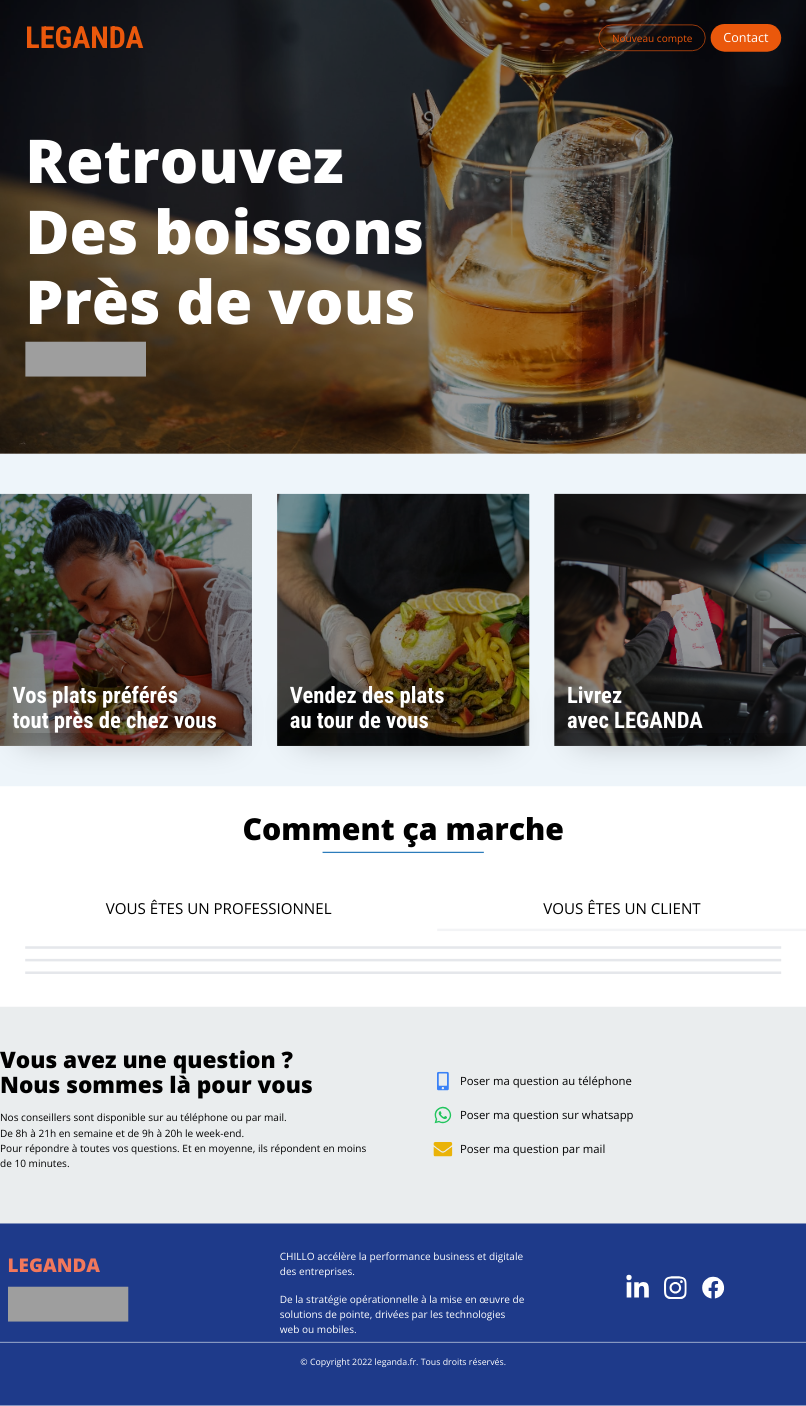
Repository: chillo-tech/website-leganda
Page: /
These files come from the project's save history. The page is drawn as it stood at one moment and after the next save; the edit follows.
The browser window is 1280 px wide. The pictures show the whole page, at 63% of full size.
Pictures or frames that could not be fetched are drawn as grey boxes. The project was rebuilt for these pictures with package versions that can differ from the ones it lists, and the page was loaded fresh each time. Some packages were replaced by stand-ins written for this rebuild. The framework's server and built-in components were replaced by stand-ins that run in the browser. Also part of the build but not shown: next.config.js, components/header/items/SearchBar.tsx.

Above is the page before, as saved 2023-02-09 15:05:50.

### pages/_document.tsx
import { Html, Head, Main, NextScript } from 'next/document'
import Footer from '../components/footer/Footer';

export default function Document() {
	return (
		<Html className="scroll-smooth">
			<Head>
        <link rel="preconnect" href="https://fonts.googleapis.com"/>
        <link rel="preconnect" href="https://fonts.gstatic.com"/>
        <link href="https://fonts.googleapis.com/css2?family=Open+Sans:ital,wght@0,300;0,800;1,800&family=Roboto&family=Roboto+Condensed:wght@700&display=swap" rel="stylesheet"/>
        <link rel="icon" href="/favicon.ico" />
			</Head>
			<body className='flex flex-col h-screen justify-between'>
				<Main />
				<NextScript />
				<Footer />
        <script defer type="text/javascript" src="https://maps.googleapis.com/maps/api/js?key=AIzaSyBoBBvzxlRlkbfYzZcHp8ALOwBk3YjfB-I&libraries=places" />
			</body>
		</Html>
	)
}

### styles/globals.css
@tailwind base;
@tailwind components;
@tailwind utilities;
body {
  font-family: 'Open Sans', 'Roboto', sans-serif;
}
.title {
  font-family: 'Roboto Condensed', sans-serif;
}
@layer base {
  [type="text"],
  [type="email"],
  [type="url"],
  [type="password"],
  [type="number"],
  [type="date"],
  [type="datetime-local"],
  [type="month"],
  [type="search"],
  [type="tel"],
  [type="time"],
  [type="week"],
  [multiple],
  textarea,
  select {
    @apply w-full border-gray-300 rounded-lg shadow-sm focus:border-blue-500 focus:ring-blue-500;
  }
  [type="checkbox"],
  [type="radio"] {
    @apply border-gray-300 rounded text-blue-600 focus:ring-blue-500;
  }
}

.bg-site-blue {
    background-color: #86aec0;
    color: #000000;
}

.bg-site-orange {
    background-color: #f6ac9f;
}

.color-site-blue {
   color: #86aec0;
}

.color-site-orange {
    color: #f2785c;
}

.home-page-article {
  min-height: 400px;
}

### context/search-context-provider.tsx
import { SearchParams } from '../types';
import { Context,createContext, useMemo, useReducer, useCallback } from 'react'
import SearchReducer from './SearchReducer';
import { Param } from '../types/Param';
import { INITIAL_STATE, UPDATE_SEARCH_CRITERIA } from '../utils';
import { SearchContextData } from '../types/SerchContextData';
type Props = {
  children: JSX.Element,
};
export const SearchContext = createContext<SearchContextData>({state: INITIAL_STATE});
function SearchContextProvider({children}: Props) {
  const [state, dispatch] = useReducer(SearchReducer, INITIAL_STATE);

  const update = useCallback(
    (data: Param) =>
      dispatch({
        type: UPDATE_SEARCH_CRITERIA,
        data
      }),
    [],
  );
  const value = useMemo(
    () => ({state, update }),
    [state,update],
  );
  return (
    <SearchContext.Provider value={value}>
      {children}
    </SearchContext.Provider>
  )
}

export default SearchContextProvider;

### components/footer/Footer.tsx

import React from 'react';
import { FaFacebook, FaInstagram, FaLinkedinIn } from 'react-icons/fa';
import Link from 'next/link'
import { cn, STORES } from '../../utils';
import Image from 'next/image';
function Footer() {
	return (
			<footer className="bg bg-blue-900 text-white pb-10 pt-10 font-extralight flex flex-col" id="a-propos-de-nous">
				<div className="container mx-auto px-3">
					<div className="grid grid-cols-1 gap-10 md:grid-cols-3 md:p-0 items-center">
						<div className="presentation">
              <Link href='/' className='mb-5 color-site-orange uppercase font-extrabold text-3xl'>LEGANDA
              </Link>
              <p className="flex py-4 items-center justify-center md:justify-start">
                {STORES.filter((item: any) => item.active).map((item: any, index: number) => (
                    <Link
                        href="#"
                        target="_blank"
                        key={`liens-${index}`}
                        className="block items-center py-2 w-48 h-14 relative">
                      <Image
                          fill={true}
                          src={`/images/${item.image}`}
                          alt={item?.label}
                      />
                    </Link>
                ))}
              </p>
						</div>
						<div className="presentation">
							<p className='mb-5'>CHILLO accélère la performance business et digitale des entreprises. </p>
							<p>De la stratégie opérationnelle
								à la mise en œuvre de solutions de pointe, drivées par les technologies web ou mobiles.</p>
						</div>
						<div className="presentation flex flex-col items-center justify-center">
							<div className='px-10 flex items-center justify-between text-center'>
								<FaLinkedinIn color='text-slate-300' className='px-3 text-6xl'/>
								<FaInstagram className='px-3 text-6xl'/>
								<FaFacebook className='px-3 text-6xl'/>
							</div>
							<div className='py-2'>

							</div>
						</div>
					</div>
				</div>
				<div className="copyright border-top-1 mt-2 font-light">
					<div className="container py-5 text-sm mx-auto text-center border-solid border-t border-slate-200">
						&copy; Copyright {(new Date()).getFullYear()} leganda.fr. Tous droits réservés.
					</div>
				</div>
			</footer>

	);
}

export default Footer;

### components/questions/Questions.tsx
import Link from 'next/link'
import React from 'react'
import { FaEnvelope, FaMobileAlt, FaWhatsapp } from 'react-icons/fa'

function Questions() {
  return (
    <section className='py-16 bg-app-light-green'>
        <div className="container grid md:grid-cols-2 md:gap-24 items-center px-3 md:px-0">
          <article>
            <h2 className='md:text-4xl text-3xl font-semibold text-black'>
              <p className='p-0 m-0'>Vous avez une question ?</p>
              <p className='p-0 m-0'>Nous sommes là pour vous</p>
            </h2>
            <div className='py-5'>
              <p className='p-0 m-0'>Nos conseillers sont disponible sur au téléphone ou par mail.</p>
              <p className='p-0 m-0'>De 8h à 21h en semaine et de 9h à 20h le week-end.</p>
              <p className='p-0 m-0'>Pour répondre à toutes vos questions. Et en moyenne, ils répondent en moins de 10 minutes.</p>
            </div>
          </article>
          <article>
              <Link href="tel:0033761705745" className='py-3 text-lg flex'>
                  <FaMobileAlt className='text-3xl text-blue-500 mr-3' /> Poser ma question au téléphone
              </Link>
              <Link href="whatsapp:0033761705745" className='py-3 text-lg flex'>
                  <FaWhatsapp className='text-3xl text-green-500 mr-3' /> Poser ma question sur whatsapp
              </Link>
              <Link href="mailto:armelle.leganda@gmail.com" className='py-3 text-lg flex'>
                  <FaEnvelope className='text-3xl text-yellow-500 mr-3' /> Poser ma question par mail
              </Link>
          </article>
        </div>
    </section>
  )
}

export default Questions

### components/header/Header.tsx
import { faPhone, faUser } from '@fortawesome/free-solid-svg-icons'
import { FontAwesomeIcon } from '@fortawesome/react-fontawesome'
import Link from 'next/link'
import React from 'react'
import SearchBar from './items/SearchBar'

function Header({withSearchBar = true}: {withSearchBar?: boolean}) {
  return (
    <header className="container py-4">
       <nav className='flex justify-between items-center'>
        <Link href="/" className='text-orange-600 uppercase title text-5xl'>LEGANDA
        </Link>
        {withSearchBar ? <SearchBar /> : null }
        <ul className='md:flex justify-between items-center hidden'>
          <li>
            <Link href="/" className='border border-orange-600 rounded-3xl px-5 py-2 text-orange-600 flex justify-between items-center'>
                <FontAwesomeIcon icon={faUser} className="hidden border-none text-xs mr-2" size='xs' />
                Nouveau compte
            </Link>
          </li>
          <li  className='ml-2'>
          <Link href="/" className='bg-orange-600 rounded-3xl text-xl px-5 font-medium py-2 flex text-white'>
              <FontAwesomeIcon icon={faPhone} className="hidden border-none mr-2"/>
              Contact
          </Link>
          </li>
        </ul>
      </nav>
    </header>
  )
}

export default Header

### utils/index.ts
export * from './clear-string';
export * from './DateFormat';
export * from './isValidPhoneNumber';
export * from './isValidEmail';
export * from './Endpoints';
export * from './Data';
export * from './request-options';

### components/tabs/index.tsx
import classNames from 'classnames';
import React, { useState } from 'react'
import SectionTitle from '../shared/SectionTitle';

function Tabs({items}: any) {
  const [activeTab, setActiveTab] = useState("tab-0");
  const handleClick = ({target: {id}}: any) => {
    setActiveTab(id);
  }
  return (
    <section className='container px-3 md:px-0 py-10'>
      <SectionTitle text='Comment ça marche' />
      <ul className='flex justtify-center items-center'>
        {items.map((item: any, index: number) => (
          <li key={`tab-${index}`} className={
              classNames(
                'grow border-b-4 py-2',
                { 'bg-white border-white': activeTab === `tab-${index}` },
                { 'bg-white border-gray-100 bg-gray-100': activeTab !== `tab-${index}` }
                )
              }>
            <button id={`tab-${index}`} type='button' className='uppercase w-full py-2 text-lg md:text-2xl' onClick={handleClick}>{item.label}</button>
          </li>
        ))}
      </ul>
      {items.map((item: any, index: number) => (
          <section key={`tab-${index}`} className={
              classNames(
                'grow border-b-4 py-2 px-10',
                { 'bg-white border-white block': activeTab === `tab-${index}` },
                { 'hidden': activeTab !== `tab-${index}` }
                )
              }>
             {item.infos.map((info: any, index: number) => (
              <article key={`info-${index}`} className={classNames('grow border-b-4 py-2')}>
                <h3>{info.label}</h3>
              </article>
            ))}
          </section>
        ))}
    </section>
  )
}

export default Tabs

### utils/how-it-works.ts
const HOW_IT_WORKS: any = [
  {
    "label": "Vous êtes un professionnel",
    "infos": [
      {
        "title": "Publiez votre annonce",
        "description": "Présentez simplement votre produit. C'est plus pratique pour tout le monde !"
      },
      {
        "title": "Les utilisateurs vous contactent",
        "description": "Lorsqu'un utilisateur consulte votre annonce, il vous contacte directement"
      },
      {
        "title": "Entendez vous sur la logistique",
        "description": "Lorsqu'un utilisateur vous contacte, convenez du moyen le plus simple pour recevoir le service et payer"
      }
    ]
  },
  {
    "label": "Vous êtes un client",
    "infos": [
      {
        "title": "Recherchez un produit",
        "description": "Pour trouver un produit, il vous suffit de le rechercher dans les annonces publiées!"
      },
      {
        "title": "Contactez directement le professionnel",
        "description": "Quand vous avez trouvé le produit qui vous convient, contactez directement le professionnel"
      },
      {
        "title": "Entendez vous sur la logistique",
        "description": "Lorsque vous contactez un professionnel, convenez du moyen le plus simple pour recevoir le service et payer"
      }
    ]
  }
]

export {HOW_IT_WORKS}

### context/SearchReducer.ts
import { UPDATE_SEARCH_CRITERIA } from './../utils/Data';
import { Action } from './../types/Action';
import { SearchParams } from "../types";

function SearchReducer (state: SearchParams, action: Action){
  switch(action.type){
    case UPDATE_SEARCH_CRITERIA: {
        return {
          ...state,
          [action.data.key]: action.data.value
        }
    }
  }
  return state;
}

export default SearchReducer;

### utils/clear-string.ts
export const cleanString = (entry: string) => {
	return entry ? entry.replace(/^[\s\uFEFF\xA0]+|[\s\uFEFF\xA0]+$/g, '') : '';
}

### utils/DateFormat.ts
export const getFormattedDate = (entry: Date) => {
	const year = entry.getFullYear();
	const month = `0${entry.getMonth() + 1}`.slice(-2);
	const day = `0${entry.getDate()}`.slice(-2);
	return `${day}/${month}/${year}`;
};

export const getFormattedTime = (entry: Date) => {
	const hours = `0${entry.getHours()}`.slice(-2);
	const minutes = `0${entry.getMinutes()}`.slice(-2);
	return `${hours}:${minutes}`;
};

const getWeekNumber = (entry: Date) => {
	// Copy date so don't modify original
	const date = new Date(Date.UTC(entry.getFullYear(), entry.getMonth(), entry.getDate()));
	// Set to nearest Thursday: current date + 4 - current day number
	// Make Sunday's day number 7
	date.setUTCDate(date.getUTCDate() + 4 - (date.getUTCDay() || 7));
	// Get first day of year
	const yearStart = new Date(Date.UTC(date.getUTCFullYear(), 0, 1));
	// Calculate full weeks to nearest Thursday
	return Math.ceil((((Number(date) - Number(yearStart)) / 86400000) + 1) / 7);
	// Return array of year and week number

}

export const getDayAndMonthLabel = (entry: Date) => {
	const days = ['Dimanche', 'Lundi', 'Mardi', 'Mercredi', 'Jeudi', 'Vendredi', 'Samedi'];
	const months = ["Jan.", "Fev.", "Mars", "Avr.", "MaI", "Juin",
		"Jul.", "Août", "Sep.", "Oct.", "Nov.", "Dec."
	];
	return [days[entry.getDay()], months[entry.getMonth()]];
}

export const getDisplayedDate = (entry: string = "") => {
	if (!entry.trim().length) {
		return entry;
	}
	const adWeekNo = getWeekNumber(new Date(entry));
	const todayWeekNo = getWeekNumber(new Date());
	if ((adWeekNo - todayWeekNo) > 1) {
		const [dayOfDate, month, year] = getFormattedDate(new Date(entry)).split('/');
		const [dayOfWeekLabel, monthLabel] = getDayAndMonthLabel(new Date(entry));
		return `${dayOfWeekLabel}, ${dayOfDate} ${monthLabel}`;
	} else {
		const [dayOfWeekLabel] = getDayAndMonthLabel(new Date(entry));
		return dayOfWeekLabel;
	}
};

### utils/isValidPhoneNumber.ts
export const isValidPhoneNumber = (value: string) => {
	const PHONE_REGEXP = /^0[6|7]\d{8}$/
	return PHONE_REGEXP.test(value);
}

### utils/isValidEmail.ts
export const isValidEmail = (value: string) => {
	const EMAIL_REGEXP = /^\S+@\S+\.\S+$/;
	return value.trim().length ? EMAIL_REGEXP.test(value) : true;
}

### utils/Endpoints.ts
export const LOCAL_DNS = 'http://192.168.111.244:9090';//verifier ipconfig avant d'exécuter
export const PROD_DNS = "https://api.leganda.chillo.fr";
export const IMAGES_URL = `${PROD_DNS}/assets`;
export const BACKOFFICE_URL = `${PROD_DNS}/api/v1`;
export const ADS_ENDPOINT = "ad";
export const FAVORITE_ENDPOINT = "favorite";
export const ACCOUNT_ENDPOINT = "account";
export const ADDRESS_ENDPOINT = "address";
export const CATEGORY_ENDPOINT = "category";
export const GOOGLE_PACES_API_BASE_URL = 'https://maps.googleapis.com/maps/api/place';
export const GOOGLE_PACES_API_KEY = 'AIzaSyBoBBvzxlRlkbfYzZcHp8ALOwBk3YjfB-I';
export const MAP_ZOOM = 10;
export const GOOGLE_PACES_CENTER_COORDINATES = {lat: 48.117266,lng: -1.677793};

### utils/Data.ts
import {EMAIL, PHONE} from "./providers";
export const CATEGORY_BGCOLORS = [ "#BCA1F2", "#BCDDE4", "#CFEACB", "#F4E169"];
export const PLUS_FAVORITES_UPDATED = "Super cette annonce a été ajoutée à vos favoris";
export const REMOVE_FAVORITES_UPDATED = "Cette annonce a été retirée de vos favoris";
export const AUTHENTICATED_USER = "authenticatedUser";
export const MAPBOX_ACCESSTOKEN = "pk.eyJ1IjoiYWNoaWxsZW1ib3VndWVuZyIsImEiOiJja3Zvd3EzcmswaThkMnZrZ25iYmtveDBhIn0.pDR7pKL18d3iz5NoaRmWYg";
export const RESET_AD = "RESET_AD";
export const DELETE_KEY = "DELETE_KEY";
export const SET_NUMBER_OF_CHILDREN = "SET_NUMBER_OF_CHILDREN";
export const SET_ADS = "SET_ADS";
export const SET_CATS = "SET_CATS";
export const SET_CAT = "SET_CAT";
export const SET_AD = "SET_AD";
export const SET_SELECTED_ITEM_ID = "SET_SELECTED_ITEM_ID";
export const SET_STEP_INDEX = "SET_STEP_INDEX";
export const UPDATE_AD = "UPDATE_AD";
export const UPDATE_SEARCH_CRITERIA = "UPDATE_SEARCH_CRITERIA";
export const UPDATE_USER_INFOS = "UPDATE_USER_INFOS";
export const USER_TOKEN = "USER_TOKEN";
export const SIGN_IN = 'SIGN_IN';
export const SIGN_OUT = 'SIGN_OUT';
export const SIGN_UP = 'SIGN_UP';
export const RECOMMEND_TEXT = "Bonjour, j'ai découvert cette application qui a de belles annonces. Je te la recommande";
export const RESTORE_TOKEN = "RESTORE_TOKEN";
export const AD_PLACEHOLDER = ["Taro du dimanche", "20kg à destination de Yaoundé", "Carton de Guinness", "Stage de developpeur"];
export const STORES = [
	{
		image: 'google-app-store-badge.svg',
		active: true,
		path: '#',
		label: 'LEGANDA sur PLAY STORE'
	},
	{
		image: 'apple-app-store-badge.svg',
		active: false,
		path: '#',
		label: 'LEGANDA sur APPLE STORE'
	}
]
export const HEADERS_ITEMS = [
	{
		image: '/images/food.jpeg',
		active: true,
		label: 'Des mets'
	},
	{
		image: '/images/drinks.jpeg',
		active: false,
		label: 'Des boissons'
	},
	{
		image: '/images/spices.jpeg',
		active: false,
		label: 'Des épices'
	},
	{
		image: '/images/service.jpeg',
		active: false,
		label: 'Des services'
	}
]
export const INITIAL_STATE = {
		address: {city: ''}
}

export const HELP_LINK = {
	whatsapp: `whatsapp://send?text=&phone=${PHONE}`,
	sms: `sms:${PHONE}`,
	mail: `mailto:${EMAIL}`,
	phone: `tel:${PHONE}`
}

export const SHARE_LINK = {
	whatsapp: `whatsapp://send?text=`,
	sms: `sms:body=`,
	mail: `mailto:${EMAIL}`,
	phone: `tel:${PHONE}`
}

export const MORESCREEN_DATA = [
	{
		id: 'recommendations',
		title: "Recommandations",
		items: [
			{
				id: '587',
				icon: 'thumbs-up',
				name: 'sms',
				action: 'recommend',
				title: 'Recommandez notre application',
			},
			{
				id: '588',
				icon: 'facebook',
				name: 'facebook',
				action: 'recommend',
				title: 'Aimez notre page facebook',
			},
			{
				id: '589',
				icon: 'thumbs-up',
				name: 'like',
				action: 'recommend',
				title: 'Notez nous sur le store',
			}
		]
	},
	{
		id: 'assistance',
		title: "assistance",
		items: [
			{
				id: '386',
				icon: 'whatsapp',
				name: 'whatsapp',
				action: 'help',
				title: 'Posez votre question via whatsapp',
			},
			{
				id: '387',
				icon: 'sms',
				name: 'sms',
				action: 'help',
				title: 'Posez votre question  par sms',
			},
			{
				id: '389',
				name: 'mail',
				action: 'help',
				icon: 'envelope',
				title: 'Envoyez nous un mail',
			},
			{
				id: '388',
				icon: 'phone-alt',
				name: 'phone',
				action: 'help',
				title: 'Appelez nous',
			}
		]
	}
]

export const loaderProp =({ src }: {src: string}) => {
  console.log('====================================');
  console.log(src);
  console.log('====================================');
  return src;
}
export const cn = (...classes: string[]) =>{
  return classes.filter(Boolean).join(' ')
}

### utils/request-options.ts
export const getHeaders = () => ({
	'X-Requested-With': 'XMLHttpRequest',
	'Content-Type': 'application/x-www-form-urlencode',
	Accept: "application/json"
});

### components/shared/SectionTitle.tsx
import React from 'react'

function SectionTitle( {text, underline = true}: {underline?: boolean, text: string}) {
  return (
    <h2 className="flex flex-col items-center justify-center md:mb-14 mb-4">
      <span className='px-10 py-1 text-center font-bold text-2xl md:text-5xl'>
        {text}
      </span>
      { underline ? (<span className='border-b-2 border-app-blue px-10 w-64 mt-2'/>) : null }
    </h2>
  )
}

export default SectionTitle

### utils/providers.ts


export const PHONE = "+33761705745";
export const EMAIL = "achille.mbougueng@yahoo.fr";

export const OPENCAGE_GEOCODE_API = "https://api.opencagedata.com/geocode/v1/json";
export const OPENCAGE_API_KEY = "2dd86530d37b4cf3a321d24e6c624a40";

export const MAPBOX_API_KEY = "pk.eyJ1IjoiYWNoaWxsZW1ib3VndWVuZyIsImEiOiJja3Zvd3EzcmswaThkMnZrZ25iYmtveDBhIn0.pDR7pKL18d3iz5NoaRmWYg";
export const MAPBOX_PLACES = "https://api.mapbox.com/geocoding/v5/mapbox.places";

Loaded but not shown: pages/_app.tsx (common file); tailwind.config.js (38 lines, source omitted); pages/index.tsx (146 lines, source omitted)

After the next save:
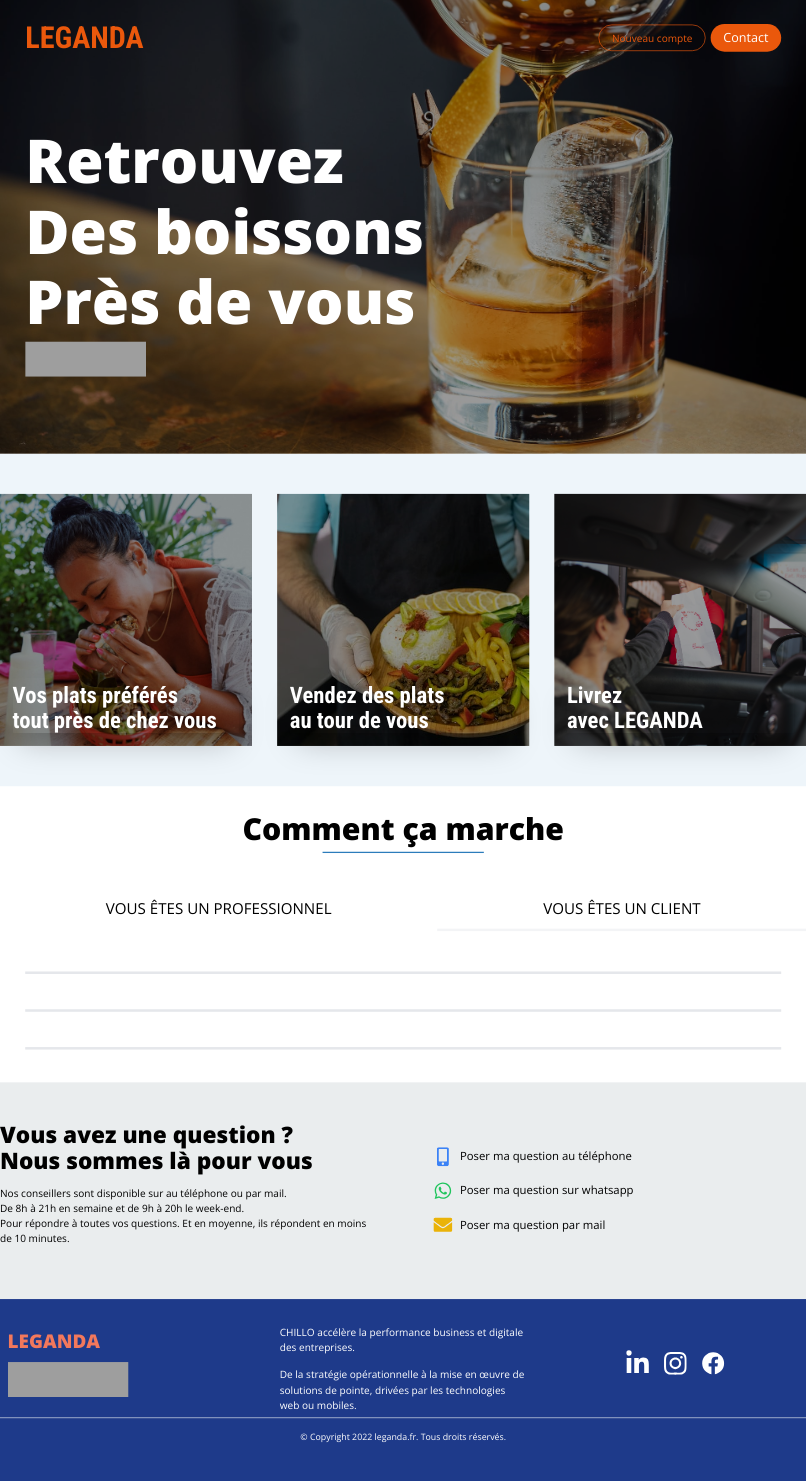
Saved 14 s later.
--- a/components/tabs/index.tsx
+++ b/components/tabs/index.tsx
@@ -33,7 +33,7 @@
               }>
              {item.infos.map((info: any, index: number) => (
               <article key={`info-${index}`} className={classNames('grow border-b-4 py-2')}>
-                <h3>{info.label}</h3>
+                <h3 className='pb-10'>{info.label}</h3>
               </article>
             ))}
           </section>
